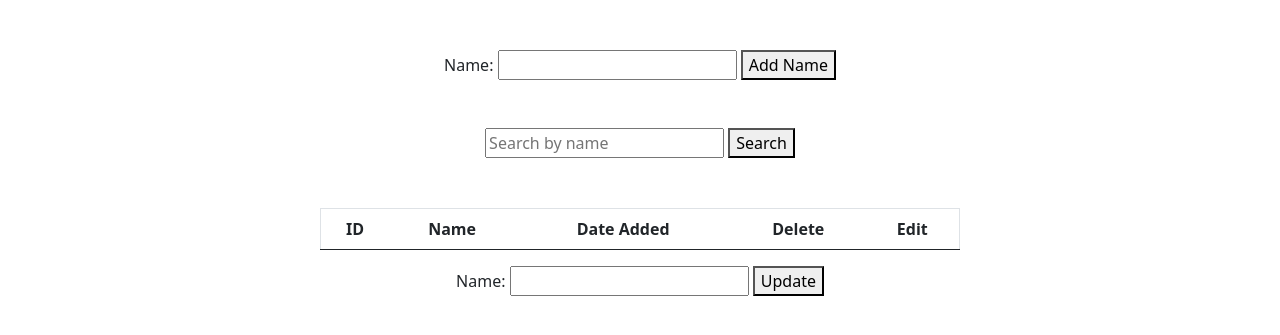
Repository: Theracon/Simple-mysql-node-app
Page: client/index.html
The author's editor kept a copy of each file at every save. The page is drawn from the files as they stood at one save, then again after the next save.
The browser window is 1280 px wide. The pictures show the whole page.
The page's requests for data from a server got no answer.

Above is the page before, as saved 2021-06-04 21:02:26.

After the next save:
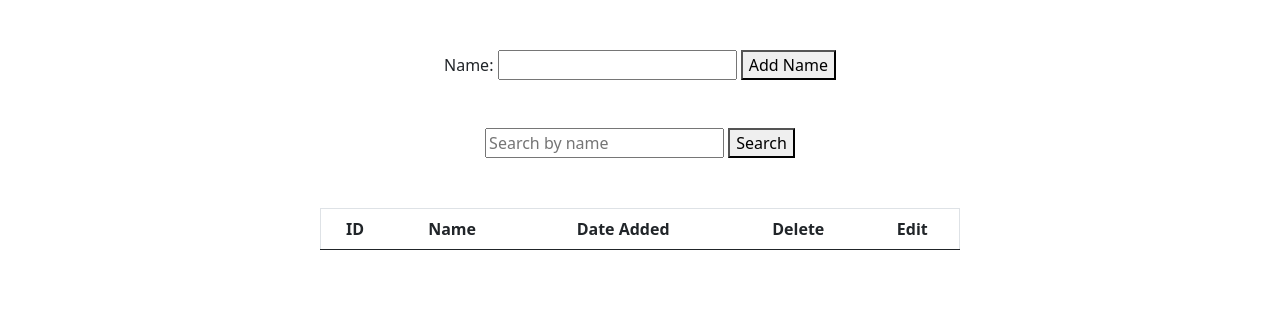
Saved 21 s later.
--- a/client/index.html
+++ b/client/index.html
@@ -34,7 +34,7 @@
             <tbody></tbody>
         </table>
 
-        <section id="update-row">
+        <section id="update-row" hidden>
             <label>Name:</label>
             <input type="text" id="update-name-input">
             <button id="update-row-btn">Update</button>
